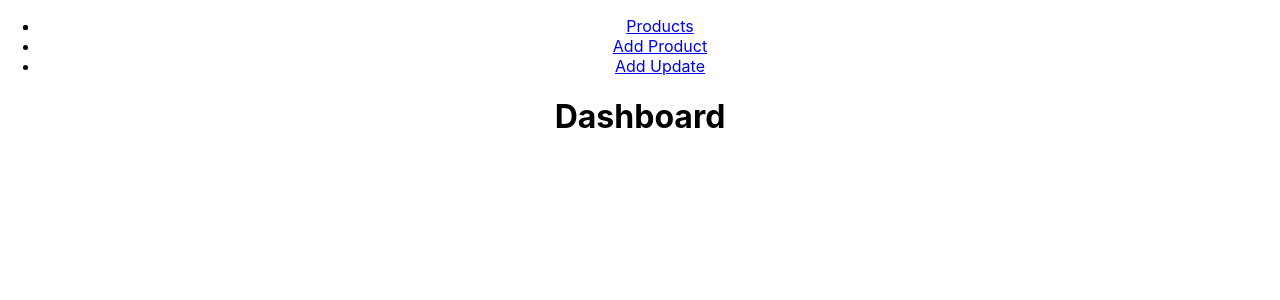
Repository: ItsMoloy/React-Ecommerce
Page: /
The author's editor kept a copy of each file at every save. The page is drawn from the files as they stood at one save, then again after the next save.
The browser window is 1280 px wide. The pictures show the whole page.
The project was rebuilt for these pictures with package versions that can differ from the ones it lists, and the page was loaded fresh each time.

Above is the page before, as saved 2025-05-18 03:19:29.

### src/App.js
import './App.css';
import Nav from'./Nav.js';
import {BrowserRouter} from 'react-router-dom';

function App() {
  return (
    <div className="App">
      <BrowserRouter>
      <Nav />
   <h1>Dashboard</h1>
   </BrowserRouter>
    </div>
  );
}

export default App;

### src/Nav.js
import React from 'react';
import { Link } from 'react-router-dom';

const Nav = () => {
    return (
        <div>
            <ul>
                <li>
                   <li><Link to="/">Products</Link></li>
                    <li><Link to="/add">Add Product</Link></li>
                     <li><Link to="/update">Add Update</Link></li>
                </li>
            </ul>
        </div>
    )
}
export default Nav;

Loaded but not shown: public/index.html (common file); src/index.js (common file); src/index.css (common file); src/reportWebVitals.js (common file); src/App.css (common file)

After the next save:
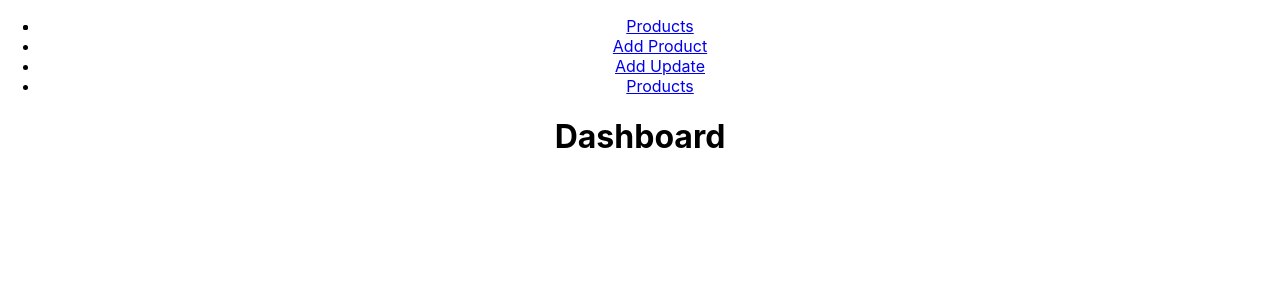
Saved 25 s later.
--- a/src/Nav.js
+++ b/src/Nav.js
@@ -9,6 +9,7 @@ const Nav = () => {
                    <li><Link to="/">Products</Link></li>
                     <li><Link to="/add">Add Product</Link></li>
                      <li><Link to="/update">Add Update</Link></li>
+                      <li><Link to="/">Products</Link></li>
                 </li>
             </ul>
         </div>
